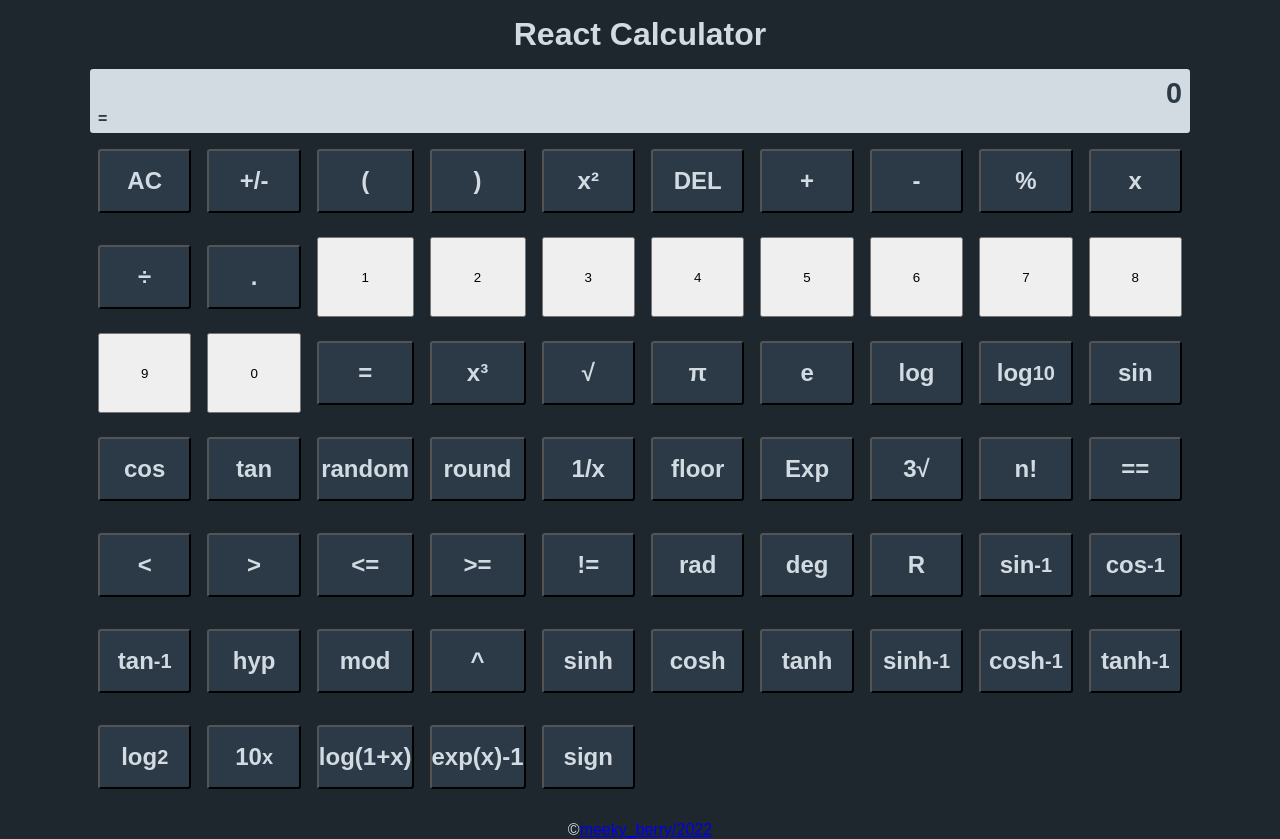
Repository: MikkyPrestige/calculator
Page: /
These files come from the project's save history. The page is drawn as it stood at one moment and after the next save; the edit follows.
The browser window is 1280 px wide. The pictures show the whole page.
The project was rebuilt for these pictures with package versions that can differ from the ones it lists, and the page was loaded fresh each time.

Above is the page before, as saved 2022-11-17 21:49:36.

### src/index.css
* {
 margin: 0;
 padding: 0;
 box-sizing: border-box;
}

body {
 font-family: 'Poppins', sans-serif;
 background: #1e272e;
}

.heading {
  color: #d2dae2;
  text-align: center;
  margin: 1rem;
}

.app-container {
 width: 100%;
 max-width: 1100px;
 margin: 1rem auto;
}

.display {
 background-color: #d2dae2;
 color: #2C3A47;
 height: 4rem;
 font-size: 1.8rem;
 font-weight: 700;
 display: flex;
 flex-direction: column;
 padding: .5rem;
 border-radius: .2rem;
}

.display-calc {
 display: flex;
 justify-content: flex-end;
 align-items: center;
}

.display-result {
 display: flex;
 justify-content: flex-start;
 align-items: center;
 font-size: 1rem;
 font-weight: 700;
}

.operators {
display: grid;
grid-template-columns: repeat(10, 1fr);
grid-gap: 1rem;
padding: .5rem;

}

.operator {
 background-color: #2C3A47;
 color: #d2dae2;
 font-size: 1.5rem;
 font-weight: 700;
 height: 4rem;
 display: flex;
 justify-content: center;
 align-items: center;
 border-radius: .2rem;
 margin: .5rem 0;
}
/* .operators {
 display: grid;
 grid-template-columns: repeat(10, 1fr);
 grid-gap: 1rem;
 background-color: #4b6584;
 padding: .5rem;
 border-radius: .3rem;
}

.operator {
 background-color: #182C61;
 color: #d1d8e0;
 font-size: 1.2rem;
 font-weight: 400;
 padding: .5rem;
 border: none;
 cursor: pointer;
 border-radius: 20%;
 border: 2px solid #d2dae2;
 -webkit-border-radius: 20%;
 -moz-border-radius: 20%;
 -ms-border-radius: 20%;
 -o-border-radius: 20%;
}

.operator:hover {
 background-color: #273c75;
}

.operator:active {
 background-color: #485460;
}

.digit {
  font-size: 1.5rem;
  font-weight: 700;
  color: #2C3A47;
  cursor: pointer;
  background-color: #d2dae2;
  border: none;
  border-radius: 1rem;
  text-align: center;
  padding: .5rem;
  grid-column: 4 /7;
  grid-row: 2 / 4;
}

.digit:hover {
  background-color: #808e9b;
}

.digit:active {
  background-color: #485460;
}

.clear {
 background-color: #05c46b;
  grid-column: 1 / 3;
  grid-row: 1 / 2;
}

.delete {
 background-color: #ff3f34;
  grid-column: 9 / -1;
  grid-row: 1 / 2;
}

.equalTo {
 /* grid-row: 6 / span 2; */
 /* grid-column: 6; */
 /* background-color: #05c46b; */
 /* font-size: 2.5rem; */
 /* font-weight: 700; */
/* } */

.cube {
 /* grid-row: 3; */
}

.sqrt {
 /* grid-row: 4; */
}

.exponent {
 /* grid-row: 5; */
}

.pie {
 /* grid-row: 5; */
}

.log {
 /* grid-row: 3; */
}

.logTen {
 /* grid-row: 4; */
}

.sin {
 /* grid-row: 3; */
}

.tan {
 /* grid-row: 4; */
}

.cos  {
 /* grid-row: 5; */
}

.zero {
 /* grid-row: 6; */
 /* grid-column: 5; */
}

.attribution {
  color: #d2dae2;
  text-align: center;
}

### src/App.js
import React from 'react';
import { useState } from 'react';

function App() {
  // DECLARE A NEW STATE VARIABLE
  const [calc, setCalc] = useState("");
  const [result, setResult] = useState("");

  // OPERATORS VARIABLE IS AN ARRAY OF OPERATORS THAT WILL BE USED TO CHECK IF THE USER IS TRYING TO ENTER AN OPERATOR OR NOT
  const ops = ["+", "-", "*", "/", ".", "<", ">", "<=", ">=", "±", "%", "!="];

  // UPDATE CALC STATE VARIABLE WITH THE VALUE OF THE BUTTON THAT WAS CLICKED
  const updateCalc = value => {
    if (
      (ops.includes(value) && calc === "") || // IF THE VALUE IS AN OPERATOR AND THE CALC STATE VARIABLE IS EMPTY
      (ops.includes(value) && ops.includes(calc.slice(-1))) // IF THE VALUE IS AN OPERATOR AND THE LAST CHARACTER OF THE CALC STATE VARIABLE IS ALSO AN OPERATOR
    ) {
      return;
    }

    setCalc(calc + value);  // UPDATE THE CALC STATE VARIABLE WITH THE VALUE OF THE BUTTON THAT WAS CLICKED

    if (!ops.includes(value)) {  // IF THE VALUE IS NOT AN OPERATOR
      setResult(eval(calc + value).toString());   // EVALUATE THE CALC STATE VARIABLE AND UPDATE THE RESULT STATE VARIABLE
    }
  };

  // CREATE CLEAR FUNCTION
  const clear = () => {
    setCalc("");    // SET CALC STATE VARIABLE TO EMPTY
    setResult("");  // SET RESULT STATE VARIABLE TO EMPTY
  };

  // CREATE DELETE FUNCTION
  const del = () => {
    if (calc === "") {
      return;
    }
    const value = calc.slice(0, -1);  // REMOVE THE LAST CHARACTER OF THE CALC STATE VARIABLE
    setCalc(value);  // UPDATE THE CALC STATE VARIABLE
  };

  // CREATE EVALUATE FUNCTION
  const calculate = () => {
    setCalc(eval(calc).toString());  // EVALUATE THE CALC STATE VARIABLE AND UPDATE THE CALC STATE VARIABLE
    setResult("");  // SET RESULT STATE VARIABLE TO EMPTY
  };

  // CREATE PERCENTAGE FUNCTION
  const percentage = () => {
    if (calc === "") {
      return;
    }
    const value = parseFloat(calc);   // CONVERT THE CALC STATE VARIABLE TO A FLOAT
    if (value === 0) {
      return;
    }
    setCalc((value / 100).toString());  // DIVIDE THE CALC STATE VARIABLE BY 100 AND UPDATE THE CALC STATE VARIABLE
  };

  // CREATE POSITIVE/NEGATIVE FUNCTION
  const posNeg = () => {
    if (calc === "") {
      return;
    }
    const value = parseFloat(calc);
    if (value === 0) {
      return;
    }
    setCalc((value * -1).toString());  // MULTIPLY THE CALC STATE VARIABLE BY -1 AND UPDATE THE CALC STATE VARIABLE
  };

  // CREATE BRACKET FUNCTION
  const bracket = value => {
    if (calc === "" && value === "(" && ")") { // IF THE CALC STATE VARIABLE IS EMPTY AND THE VALUE IS "(" && ")"
      setCalc(calc + value);
      return;
    }
    setCalc(calc + value);  // UPDATE THE CALC STATE VARIABLE WITH THE VALUE OF THE BUTTON THAT WAS CLICKED
  };

  // CREATE SQUARE FUNCTION
  const square = () => {
    if (calc === "") {
      return;
    }
    const value = parseFloat(calc);
    if (value === 0) {
      return;
    }
    setCalc((value * value).toString());  // MULTIPLY THE CALC STATE VARIABLE BY ITSELF AND UPDATE THE CALC STATE VARIABLE
  };

  // CREATE A CUBE FUNCTION
  const cube = () => {
    if (calc === "") {
      return;
    }
    const value = parseFloat(calc);
    if (value === 0) {
      return;
    }
    setCalc((value * value * value).toString());  // MULTIPLY THE CALC STATE VARIABLE BY ITSELF THREE TIMES AND UPDATE THE CALC STATE VARIABLE
  };

  // CREATE SQUARE ROOT FUNCTION
  const squareRoot = () => {
    if (calc === "") {
      return;
    }
    const value = parseFloat(calc);
    if (value === 0) {
      return;
    }
    setCalc(Math.sqrt(value).toString());  // CALCULATE THE SQUARE ROOT OF THE CALC STATE VARIABLE AND UPDATE THE CALC STATE VARIABLE
  };

  // CREATE PI FUNCTION
  const pi = () => {
    if (calc === "") {
      return;
    }
    const value = parseFloat(calc);
    if (value === 0) {
      return;
    }
    setCalc((value * 3.141592653589793).toString());  // MULTIPLY THE CALC STATE VARIABLE BY PI AND UPDATE THE CALC STATE VARIABLE
  };

  // CREATE E FUNCTION
  const e = () => {
    if (calc === "") {
      return;
    }
    const value = parseFloat(calc);
    if (value === 0) {
      return;
    }
    setCalc((value * 2.718281828459045).toString());  // MULTIPLY THE CALC STATE VARIABLE BY E AND UPDATE THE CALC STATE VARIABLE
  };

  // CREATE LOG FUNCTION
  const log = () => {
    if (calc === "") {
      return;
    }
    const value = parseFloat(calc);
    if (value === 0) {
      return;
    }
    setCalc(Math.log(value).toString());  // CALCULATE THE LOGARITHM OF THE CALC STATE VARIABLE AND UPDATE THE CALC STATE VARIABLE
  };

  // CREATE BASE 10 LOG FUNCTION
  const log10 = () => {
    if (calc === "") {
      return;
    }
    const value = parseFloat(calc);
    if (value === 0) {
      return;
    }
    setCalc(Math.log10(value).toString());  // CALCULATE THE BASE 10 LOGARITHM OF THE CALC STATE VARIABLE AND UPDATE THE CALC STATE VARIABLE
  };

  // CREATE BASE 2 LOG FUNCTION
  const log2 = () => {
    if (calc === "") {
      return;
    }
    const value = parseFloat(calc);
    if (value === 0) {
      return;
    }
    setCalc(Math.log2(value).toString());  // CALCULATE THE BASE 2 LOGARITHM OF THE CALC STATE VARIABLE AND UPDATE THE CALC STATE VARIABLE
  };

  // CREATE LOG1P FUNCTION
  const log1p = () => {
    if (calc === "") {
      return;
    }
    const value = parseFloat(calc);
    if (value === 0) {
      return;
    }
    setCalc(Math.log1p(value).toString());  // CALCULATE THE LOGARITHM OF THE CALC STATE VARIABLE PLUS 1 AND UPDATE THE CALC STATE VARIABLE
  };

  // CREATE EXPONENTIAL -1 FUNCTION
  const expm1 = () => {
    if (calc === "") {
      return;
    }
    const value = parseFloat(calc);
    if (value === 0) {
      return;
    }
    setCalc(Math.expm1(value).toString());  // CALCULATE THE EXPONENTIAL OF THE CALC STATE VARIABLE MINUS 1 AND UPDATE THE CALC STATE VARIABLE
  };

  // CREATE SIGN FUNCTION
  const sign = () => {
    if (calc === "") {
      return;
    }
    const value = parseFloat(calc);
    if (value === 0) {
      return;
    }
    setCalc(Math.sign(value).toString());  // CALCULATE THE SIGN OF THE CALC STATE VARIABLE AND UPDATE THE CALC STATE VARIABLE
  };

  // CREATE RAISE TO POWER 10 FUNCTION
  const pow10 = () => {
    if (calc === "") {
      return;
    }
    const value = parseFloat(calc);
    if (value === 0) {
      return;
    }
    setCalc(Math.pow(10, value).toString());  // RAISE 10 TO THE POWER OF THE CALC STATE VARIABLE AND UPDATE THE CALC STATE VARIABLE
  };

  // CREATE SIN FUNCTION
  const sin = () => {
    if (calc === "") {
      return;
    }
    const value = parseFloat(calc);
    if (value === 0) {
      return;
    }
    setCalc(Math.sin(value).toString());  // CALCULATE THE SINE OF THE CALC STATE VARIABLE AND UPDATE THE CALC STATE VARIABLE
  };

  // CREATE COS FUNCTION
  const cos = () => {
    if (calc === "") {
      return;
    }
    const value = parseFloat(calc);
    if (value === 0) {
      return;
    }
    setCalc(Math.cos(value).toString());  // CALCULATE THE COSINE OF THE CALC STATE VARIABLE AND UPDATE THE CALC STATE VARIABLE
  };

  // CREATE TAN FUNCTION
  const tan = () => {
    if (calc === "") {
      return;
    }
    const value = parseFloat(calc);
    if (value === 0) {
      return;
    }
    setCalc(Math.tan(value).toString());  // CALCULATE THE TANGENT OF THE CALC STATE VARIABLE AND UPDATE THE CALC STATE VARIABLE
  };

  // CREATE INVERSE SIN FUNCTION
  const asin = () => {
    if (calc === "") {
      return;
    }
    const value = parseFloat(calc);
    if (value === 0) {
      return;
    }
    setCalc(Math.asin(value).toString());  // CALCULATE THE INVERSE SINE OF THE CALC STATE VARIABLE AND UPDATE THE CALC STATE VARIABLE
  };

  // CREATE INVERSE COS FUNCTION
  const acos = () => {
    if (calc === "") {
      return;
    }
    const value = parseFloat(calc);
    if (value === 0) {
      return;
    }
    setCalc(Math.acos(value).toString());  // CALCULATE THE INVERSE COSINE OF THE CALC STATE VARIABLE AND UPDATE THE CALC STATE VARIABLE
  };

  // CREATE INVERSE TAN FUNCTION
  const atan = () => {
    if (calc === "") {
      return;
    }
    const value = parseFloat(calc);
    if (value === 0) {
      return;
    }
    setCalc(Math.atan(value).toString());  // CALCULATE THE INVERSE TANGENT OF THE CALC STATE VARIABLE AND UPDATE THE CALC STATE VARIABLE
  };

  // CREATE SINH FUNCTION
  const sinh = () => {
    if (calc === "") {
      return;
    }
    const value = parseFloat(calc);
    if (value === 0) {
      return;
    }
    setCalc(Math.sinh(value).toString());  // CALCULATE THE HYPERBOLIC SINE OF THE CALC STATE VARIABLE AND UPDATE THE CALC STATE VARIABLE
  };

  // CREATE COSH FUNCTION
  const cosh = () => {
    if (calc === "") {
      return;
    }
    const value = parseFloat(calc);
    if (value === 0) {
      return;
    }
    setCalc(Math.cosh(value).toString());  // CALCULATE THE HYPERBOLIC COSINE OF THE CALC STATE VARIABLE AND UPDATE THE CALC STATE VARIABLE
  };

  // CREATE TANH FUNCTION
  const tanh = () => {
    if (calc === "") {
      return;
    }
    const value = parseFloat(calc);
    if (value === 0) {
      return;
    }
    setCalc(Math.tanh(value).toString());  // CALCULATE THE HYPERBOLIC TANGENT OF THE CALC STATE VARIABLE AND UPDATE THE CALC STATE VARIABLE
  };

  // CREATE INVERSE SINH FUNCTION
  const asinh = () => {
    if (calc === "") {
      return;
    }
    const value = parseFloat(calc);
    if (value === 0) {
      return;
    }
    setCalc(Math.asinh(value).toString());  // CALCULATE THE INVERSE HYPERBOLIC SINE OF THE CALC STATE VARIABLE AND UPDATE THE CALC STATE VARIABLE
  };

  // CREATE INVERSE COSH FUNCTION
  const acosh = () => {
    if (calc === "") {
      return;
    }
    const value = parseFloat(calc);
    if (value === 0) {
      return;
    }
    setCalc(Math.acosh(value).toString());  // CALCULATE THE INVERSE HYPERBOLIC COSINE OF THE CALC STATE VARIABLE AND UPDATE THE CALC STATE VARIABLE
  };

  // CREATE INVERSE TANH FUNCTION
  const atanh = () => {
    if (calc === "") {
      return;
    }
    const value = parseFloat(calc);
    if (value === 0) {
      return;
    }
    setCalc(Math.atanh(value).toString());  // CALCULATE THE INVERSE HYPERBOLIC TANGENT OF THE CALC STATE VARIABLE AND UPDATE THE CALC STATE VARIABLE
  };

  // CREATE HYPOTENUSE FUNCTION
  const hyp = () => {
    if (calc === "") {
      return;
    }
    const value = parseFloat(calc);
    if (value === 0) {
      return;
    }
    setCalc(Math.hypot(value).toString());  // CALCULATE THE HYPOTENUSE OF THE CALC STATE VARIABLE AND UPDATE THE CALC STATE VARIABLE
  };


  // CREATE RADIAN FUNCTION
  const radian = () => {
    if (calc === "") {
      return;
    }
    const value = parseFloat(calc);
    if (value === 0) {
      return;
    }
    setCalc((value * 0.017453292519943295).toString());  // MULTIPLY THE CALC STATE VARIABLE BY RADIAN AND UPDATE THE CALC STATE VARIABLE
  };

  // CREATE DEGREE FUNCTION
  const degree = () => {
    if (calc === "") {
      return;
    }
    const value = parseFloat(calc);
    if (value === 0) {
      return;
    }
    setCalc((value * 57.29577951308232).toString());  // MULTIPLY THE CALC STATE VARIABLE BY DEGREE AND UPDATE THE CALC STATE VARIABLE
  };

  // CREATE RADIUS FUNCTION
  const radius = () => {
    if (calc === "") {
      return;
    }
    const value = parseFloat(calc);
    if (value === 0) {
      return;
    }
    setCalc((value * 0.5).toString());  // MULTIPLY THE CALC STATE VARIABLE BY RADIUS AND UPDATE THE CALC STATE VARIABLE
  };

  // CREATE RECIPROCAL/INVERSE FUNCTION
  const reciprocal = () => {
    if (calc === "") {
      return;
    }
    const value = parseFloat(calc);
    if (value === 0) {
      return;
    }
    setCalc((1 / value).toString());  // DIVIDE 1 BY THE CALC STATE VARIABLE AND UPDATE THE CALC STATE VARIABLE
  };

  // CREATE RANDOM FUNCTION
  const random = () => {
    if (calc === "") {
      return;
    }
    const value = parseFloat(calc);
    if (value === 0) {
      return;
    }
    setCalc(Math.random(value).toString());  // RANDOMLY GENERATE A NUMBER AND UPDATE THE CALC STATE VARIABLE
  };

  // CREATE ROUND FUNCTION
  const round = () => {
    if (calc === "") {
      return;
    }
    const value = parseFloat(calc);
    if (value === 0) {
      return;
    }
    setCalc(Math.round(value).toString());  // ROUND THE CALC STATE VARIABLE AND UPDATE THE CALC STATE VARIABLE
  };

  // CREATE FLOOR FUNCTION
  const floor = () => {
    if (calc === "") {
      return;
    }
    const value = parseFloat(calc);
    if (value === 0) {
      return;
    }
    setCalc(Math.floor(value).toString());  // FLOOR OF THE CALC STATE VARIABLE AND UPDATE THE CALC STATE VARIABLE
  };

  // CREATE EXPONENTIAL FUNCTION
  const exponential = () => {
    if (calc === "") {
      return;
    }
    const value = parseFloat(calc);
    if (value === 0) {
      return;
    }
    setCalc(Math.exp(value).toString());  // EXPONENTIAL OF THE CALC STATE VARIABLE AND UPDATE THE CALC STATE VARIABLE
  };

  // CREATE CUBE ROOT FUNCTION
  const cubeRoot = () => {
    if (calc === "") {
      return;
    }
    const value = parseFloat(calc);
    if (value === 0) {
      return;
    }
    setCalc(Math.cbrt(value).toString());  // CUBE ROOT OF THE CALC STATE VARIABLE AND UPDATE THE CALC STATE VARIABLE
  };

  // CREATE FACTORIAL FUNCTION
  const factorial = () => {
    if (calc === "") {
      return;
    }
    const value = parseFloat(calc);
    if (value === 0) {
      return;
    }
    setCalc(factorialize(value).toString());  // FACTORIAL OF THE CALC STATE VARIABLE AND UPDATE THE CALC STATE VARIABLE
  };

  // CREATE FACTORIAL FUNCTION
  const factorialize = (num) => {
    if (num < 0) {
      return -1;
    } else if (num === 0) {
      return 1;
    } else {
      return num * factorialize(num - 1);
    }
  };

  // CREATE DIGITS FUNCTION
  const createDigits = () => {
    const digits = []; // CREATE DIGITS ARRAY
    for (let i = 1; i < 10; i++) { // LOOP THROUGH DIGITS 1-9
      digits.push(i); // PUSH NUMBERS 1-9 TO DIGITS ARRAY
    }
    return digits;
  };

  //RETURN THE CALCULATOR SCREEN AND BUTTONS
  return (
    <div className='app'>
      <header>
        <h1 className='heading'>React Calculator</h1>
      </header>
      <div className='app-container'>
        <div className='display'>
          <div className='display-calc'>
            {calc || "0"}  {/* DISPLAY CALC STATE VARIABLE OR 0 */}
          </div>
          <div className='display-result'>
            = {result}  {/* DISPLAY RESULT STATE VARIABLE */}
          </div>
        </div>
        <div className='operators'>
          <button onClick={clear} className='operator clear'>AC</button>
          <button onClick={posNeg} className='operator'>+/-</button>
          <button onClick={() => bracket('(')} className='operator'>(</button>
          <button onClick={() => bracket(')')} className='operator'>)</button>
          <button onClick={square} className='operator'>x²</button>
          <button onClick={del} className='operator delete'>DEL</button>
          <button onClick={() => updateCalc('+')} className='operator'>+</button>
          <button onClick={() => updateCalc('-')} className='operator'>-</button>
          <button onClick={percentage} className='operator'>%</button>
          <button onClick={() => updateCalc('*')} className='operator'>x</button>
          <button onClick={() => updateCalc('/')} className='operator'>÷</button>
          <button onClick={() => updateCalc('.')} className='operator'>.</button>
          {createDigits().map((digit) => (
            <button onClick={() => updateCalc(digit.toString())} className='digit' key={digit}>{digit}</button> // CREATE DIGITS BUTTONS AND MAP THROUGH DIGITS ARRAY TO DISPLAY DIGITS 1-9 ON BUTTONS
          ))}
          <button onClick={() => updateCalc('0')} className='zero digit'>0</button>
          <button onClick={calculate} className='operator equalTo'>=</button>
          <button onClick={cube} className='operator cube'>x³</button>
          <button onClick={squareRoot} className='operator sqrt'>√</button>
          <button onClick={pi} className='operator pie'>π</button>
          <button onClick={e} className='operator exponent'>e</button>
          <button onClick={log} className='operator log'>log</button>
          <button onClick={log10} className='operator logTen'>log<sub>10</sub></button>
          <button onClick={sin} className='operator sin'>sin</button>
          <button onClick={cos} className='operator cos'>cos</button>
          <button onClick={tan} className='operator tan'>tan</button>
          <button onClick={random} className='operator'>random</button>
          <button onClick={round} className='operator'>round</button>
          <button onClick={reciprocal} className='operator'>1/x</button>
          <button onClick={floor} className='operator'>floor</button>
          <button onClick={exponential} className='operator'>Exp</button>
          <button onClick={cubeRoot} className='operator'>3√</button>
          <button onClick={factorial} className='operator'>n!</button>
          <button onClick={() => updateCalc('==')} className='operator'>==</button>
          <button onClick={() => updateCalc('<')} className='operator'>{'<'}</button>
          <button onClick={() => updateCalc('>')} className='operator'>{'>'}</button>
          <button onClick={() => updateCalc('<=')} className='operator'>{'<='}</button>
          <button onClick={() => updateCalc('>=')} className='operator'>{'>='}</button>
          <button onClick={() => updateCalc('!=')} className='operator'>{'!='}</button>
          <button onClick={radian} className='operator'>rad</button>
          <button onClick={degree} className='operator'>deg</button>
          <button onClick={radius} className='operator'>R</button>
          <button onClick={asin} className='operator'>sin<sup>-1</sup></button>
          <button onClick={acos} className='operator'>cos<sup>-1</sup></button>
          <button onClick={atan} className='operator'>tan<sup>-1</sup></button>
          <button onClick={hyp} className='operator'>hyp</button>
          <button onClick={() => updateCalc('%')} className='operator'>mod</button>
          <button onClick={() => updateCalc('**')} className='operator'>^</button>
          <button onClick={sinh} className='operator'>sinh</button>
          <button onClick={cosh} className='operator'>cosh</button>
          <button onClick={tanh} className='operator'>tanh</button>
          <button onClick={asinh} className='operator'>sinh<sup>-1</sup></button>
          <button onClick={acosh} className='operator'>cosh<sup>-1</sup></button>
          <button onClick={atanh} className='operator'>tanh<sup>-1</sup></button>
          <button onClick={log2} className='operator'>log<sub>2</sub></button>
          <button onClick={pow10} className='operator'>10<sup>x</sup></button>
          <button onClick={log1p} className='operator'>log(1+x)</button>
          <button onClick={expm1} className='operator'>exp(x)-1</button>
          <button onClick={sign} className='operator'>sign</button>
        </div>
      </div>
      <footer className='attribution'>&copy;<a meeky_berry href="https://github.com/MeekyBerry" target="_blank" rel="noreferrer">meeky_berry/2022</a></footer>
    </div>
  );
}

// EXPORT APP
export default App;

Loaded but not shown: public/index.html (common file); src/index.js (common file)

After the next save:
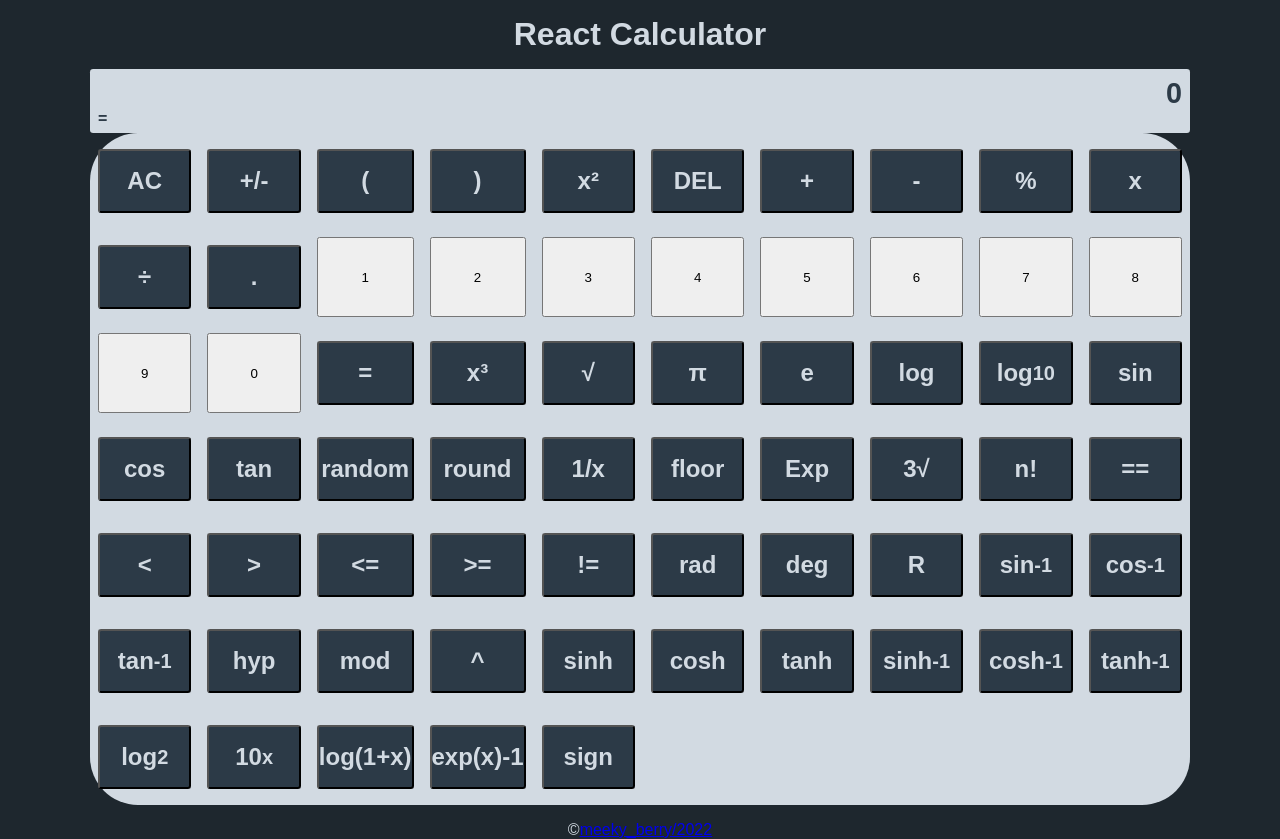
Saved 66 s later.
--- a/src/index.css
+++ b/src/index.css
@@ -48,11 +48,16 @@ body {
 }
 
 .operators {
-display: grid;
-grid-template-columns: repeat(10, 1fr);
-grid-gap: 1rem;
-padding: .5rem;
-
+  display: grid;
+  grid-template-columns: repeat(10, 1fr);
+  grid-gap: 1rem;
+  padding: .5rem;
+  border-radius: 3rem;
+  background-color: #d2dae2;
+  -webkit-border-radius: 3rem;
+  -moz-border-radius: 3rem;
+  -ms-border-radius: 3rem;
+  -o-border-radius: 3rem;
 }
 
 .operator {
